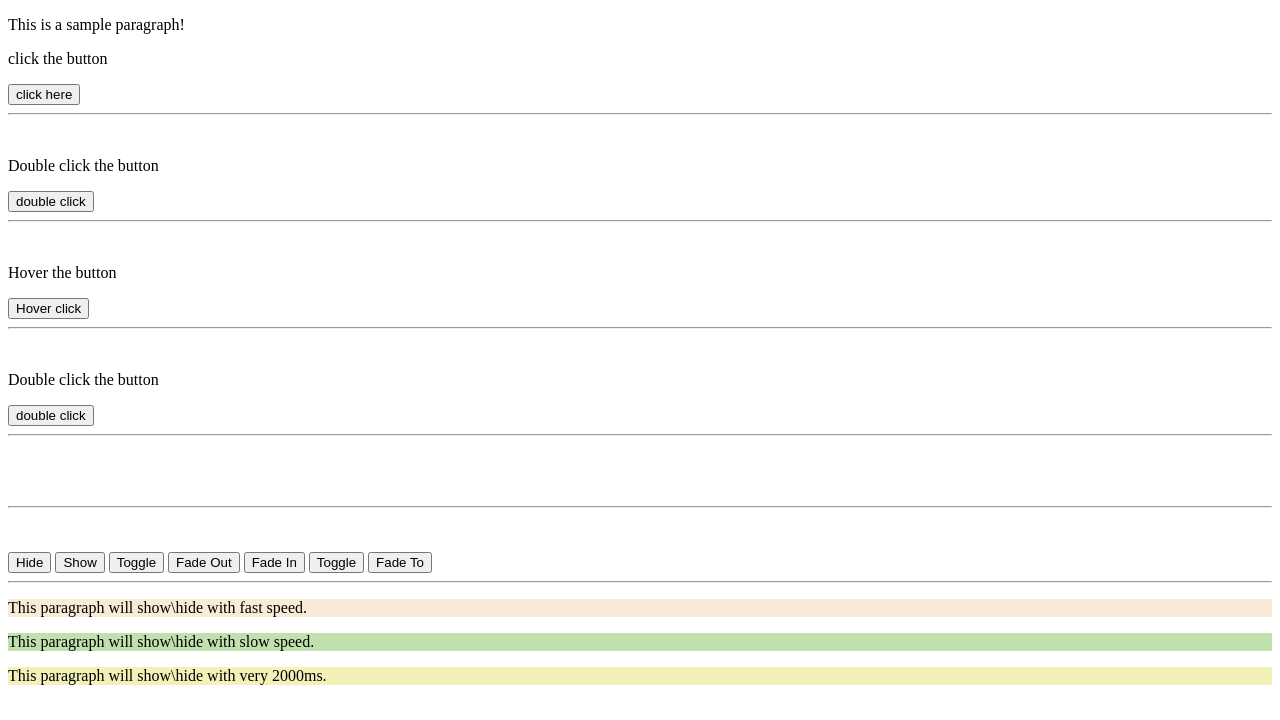
Repository: DhananjayaLakshan/Uom-Web_Design_For_Beginners
Page: Work02/index.html
The author's editor kept a copy of each file at every save. The page is drawn from the files as they stood at one save, then again after the next save.
The browser window is 1280 px wide. The pictures show the whole page.

Above is the page before, as saved 2023-11-30 21:43:09.

After the next save:
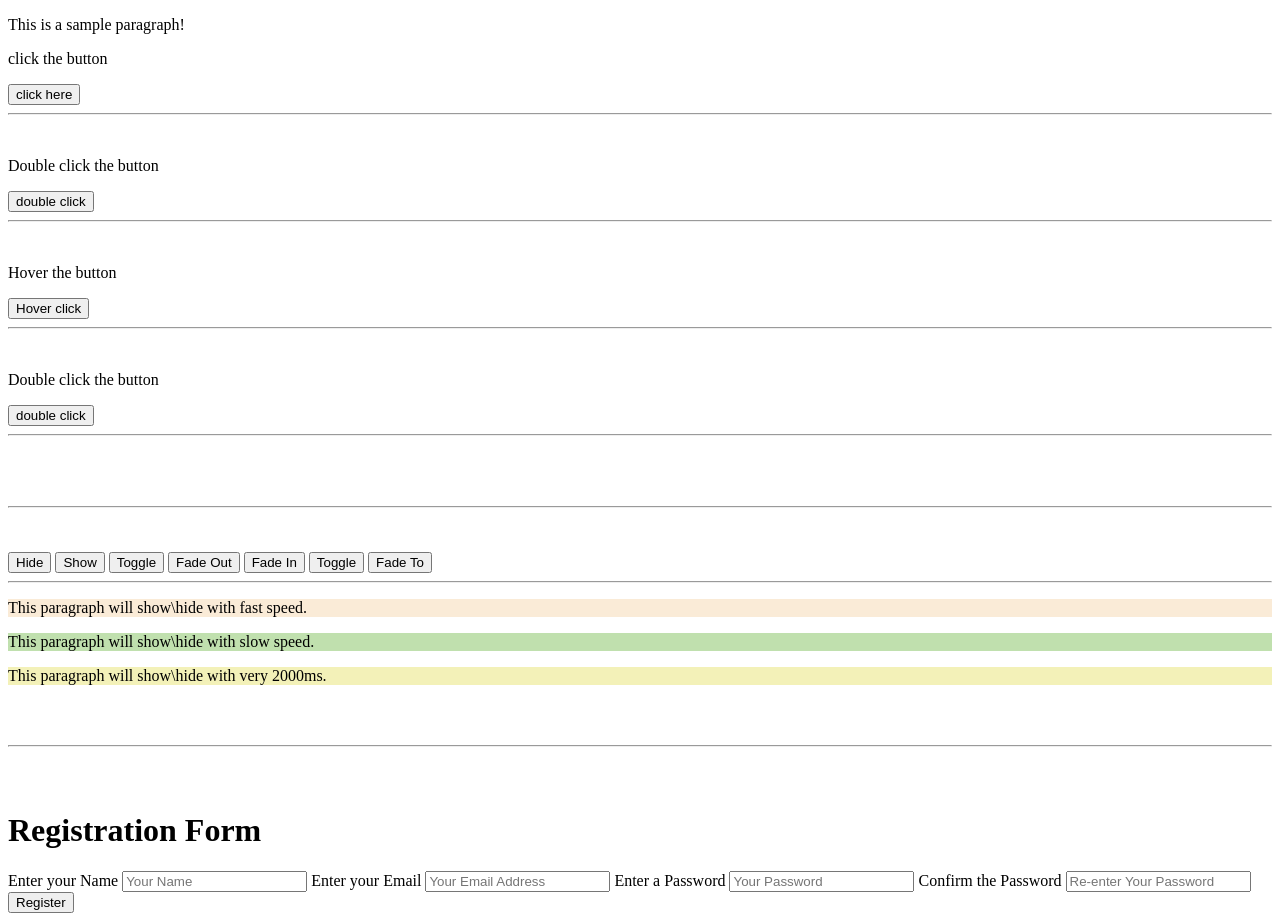
Saved 9 min 15 s later.
--- a/Work02/index.html
+++ b/Work02/index.html
@@ -1,21 +1,22 @@
 <!DOCTYPE html>
 <html lang="en">
+
 <head>
-    <meta charset="UTF-8">
-    <meta name="viewport" content="width=device-width, initial-scale=1.0">
+    <meta charset="UTF-8" />
+    <meta name="viewport" content="width=device-width, initial-scale=1.0" />
     <title>jquery</title>
     <script src="jquery-3.7.1.min.js"></script>
 </head>
+
 <body>
     <p id="pid">This is a sample paragraph!</p>
 
     <script>
-
-        $(document).ready(function(){
-            $('#pid').click(function(){
-                alert('You clicked the paragraph..!!');
-            })
-        })
+        $(document).ready(function () {
+            $("#pid").click(function () {
+                alert("You clicked the paragraph..!!");
+            });
+        });
 
         // $('#pid').click(function(){
         //     alert('You clicked the paragraph..!!');
@@ -24,57 +25,60 @@
         // document.getElementById('pid').onclick = function(){
         //     alert('You clicked the paragraph..!!');
         // }
-
     </script>
 
     <p>click the button</p>
     <button id="btn1">click here</button>
-    <br><hr><br>
+    <br />
+    <hr />
+    <br />
 
-    <p>Double click  the button</p>
+    <p>Double click the button</p>
     <button id="btn2">double click</button>
-    <br><hr><br>
+    <br />
+    <hr />
+    <br />
 
     <p>Hover the button</p>
     <button id="btn3">Hover click</button>
-    <br><hr><br>
+    <br />
+    <hr />
+    <br />
 
-    <p>Double click  the button</p>
+    <p>Double click the button</p>
     <button id="btn4">double click</button>
-    <br><hr><br>
+    <br />
+    <hr />
+    <br />
 
     <script>
-
-        $(document).ready(function(){
-
-            $('#btn1').click(function(){
+        $(document).ready(function () {
+            $("#btn1").click(function () {
                 $(this).hide();
             });
 
-            $('#btn2').dblclick(function(){
+            $("#btn2").dblclick(function () {
                 $(this).hide();
             });
 
-            $('#btn3').hover(function(){
-                $(this).css('background-color','pink');
+            $("#btn3").hover(function () {
+                $(this).css("background-color", "pink");
             });
 
-            $('#btn4').on({
-
-                mouseenter:function(){
+            $("#btn4").on({
+                mouseenter: function () {
                     $(this).css("background-color", "cyan");
                 },
-                mouseleave: function(){
+                mouseleave: function () {
                     $(this).css("background-color", "yellow");
-                }
-            })
-
-
+                },
+            });
         });
     </script>
 
-    <br><br>
-    <hr><br><br>
+    <br /><br />
+    <hr />
+    <br /><br />
 
     <button class="hideBtn">Hide</button>
     <button class="showBtn">Show</button>
@@ -84,64 +88,86 @@
     <button class="toggle">Toggle</button>
     <button class="fadeto">Fade To</button>
 
+    <hr />
 
-    <hr>
-
-    <p class="pfast" style="background-color: antiquewhite;">This paragraph will show\hide with fast speed.</p>
-    <p class="pslow" style="background-color: rgb(192, 224, 174);">This paragraph will show\hide with slow speed.</p>
-    <p class="pclass" style="background-color: rgb(243, 241, 184);">This paragraph will show\hide with very 2000ms.</p>
+    <p class="pfast" style="background-color: antiquewhite">
+        This paragraph will show\hide with fast speed.
+    </p>
+    <p class="pslow" style="background-color: rgb(192, 224, 174)">
+        This paragraph will show\hide with slow speed.
+    </p>
+    <p class="pclass" style="background-color: rgb(243, 241, 184)">
+        This paragraph will show\hide with very 2000ms.
+    </p>
 
     <script>
-        $(document).ready(function(){
-            $(".hideBtn").click(function(){
+        $(document).ready(function () {
+            $(".hideBtn").click(function () {
                 $("p.pfast").hide("fast");
                 $("p.pslow").hide("slow");
                 $("p.pclass").hide(2000);
-            })
+            });
 
-            $(".showBtn").click(function(){
+            $(".showBtn").click(function () {
                 $("p.pfast").show("fast");
                 $("p.pslow").show("slow");
                 $("p.pclass").show(2000);
-            })
+            });
 
-            $(".toggleBtn").click(function(){
+            $(".toggleBtn").click(function () {
                 $("p.pfast").toggle("fast");
                 $("p.pslow").toggle("slow");
                 $("p.pclass").toggle(2000);
-            })
+            });
 
-            $(".fadeout").click(function(){
+            $(".fadeout").click(function () {
                 $("p.pfast").fadeOut("fast");
                 $("p.pslow").fadeOut("slow");
                 $("p.pclass").fadeOut(2000);
-            })
+            });
 
-            $(".fadein").click(function(){
+            $(".fadein").click(function () {
                 $("p.pfast").fadeIn("fast");
                 $("p.pslow").fadeIn("slow");
                 $("p.pclass").fadeIn(2000);
-            })
+            });
 
-            $(".toggle").click(function(){
+            $(".toggle").click(function () {
                 $("p.pfast").fadeToggle("fast");
                 $("p.pslow").fadeToggle("slow");
                 $("p.pclass").fadeToggle(2000);
-            })
+            });
 
-            $(".fadeto").click(function(){
-                $("p.pfast").fadeTo("fast",0.5);
-                $("p.pslow").fadeTo("slow",0.5);
-                $("p.pclass").fadeTo(2000,0.5);
-            })
-
-
+            $(".fadeto").click(function () {
+                $("p.pfast").fadeTo("fast", 0.5);
+                $("p.pslow").fadeTo("slow", 0.5);
+                $("p.pclass").fadeTo(2000, 0.5);
+            });
         });
     </script>
 
+    <br /><br />
+    <hr />
+    <br /><br />
 
+    <div class="container">
+        <h1>Registration Form</h1>
+        <form action="" name="registration">
+            <label for="name">Enter your Name</label>
+            <input type="text" name="name" id="name" placeholder="Your Name" />
 
+            <label for="email">Enter your Email</label>
+            <input type="email" name="email" id="email" placeholder="Your Email Address" />
 
+            <label for="password">Enter a Password</label>
+            <input type="password" name="password" id="password" placeholder="Your Password" />
 
+            <label for="password">Confirm the Password</label>
+            <input type="password" name="confirmpassword" id="confirmpassword" placeholder="Re-enter Your Password" />
+
+            <button type="submit">Register</button>
+        </form>
+    </div>
 </body>
+
 </html>
